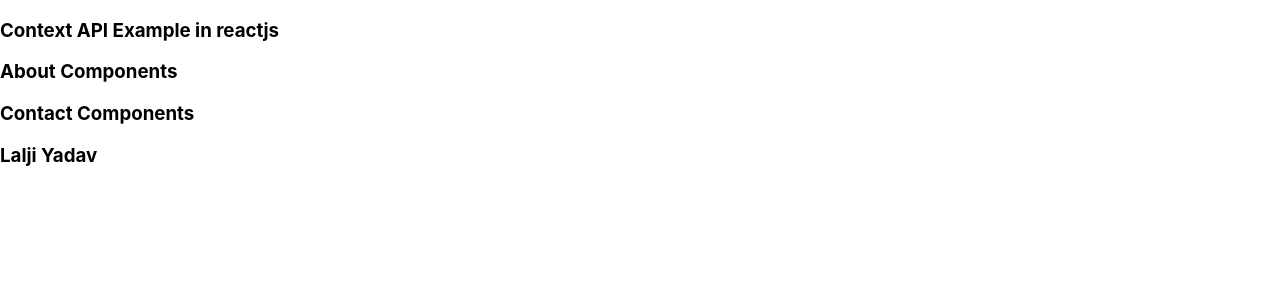
Repository: lalji-yadav/React-Context-API
Page: /
These files come from the project's save history. The page is drawn as it stood at one moment and after the next save; the edit follows.
The browser window is 1280 px wide. The pictures show the whole page.
The project was rebuilt for these pictures with package versions that can differ from the ones it lists, and the page was loaded fresh each time. Also part of the build but not shown: src/App.css, src/components/C.js, src/components/A.js, src/components/D.js, src/components/B.js.

Above is the page before, as saved 2021-02-10 17:53:49.

### src/App.js
import  React,{ useState } from 'react';
import './App.css';
import A from "./components/A";
import B from "./components/B";
import Home from "./context/home";


export const ThemeContext = React.createContext()

function App() {

  const [data, setData] = useState({
    name: "Lalji Yadav"
  })

  return (
    <div>
      <h3> Context API Example in reactjs  </h3>
      {/* <p> {data.name} </p>
      <p onClick={()=>setData({name: "Anubhav"})} >{data.name}</p>

      <A name="Yadav"/>

      <ThemeContext.Provider value="dark">
        <B />
      </ThemeContext.Provider> */}

      <ThemeContext.Provider value={data.name}>
        <Home />
      </ThemeContext.Provider>



    </div>
  );
}

export default App;

### src/context/home.js
import React, { Component } from 'react';
import About from "./about";


 export const MyContext = React.createContext()

class Home extends Component {

    // constructor() {
    //     super();
    //    this.state={
    //         name:"Lalji Yadav Kamasin"
    //       }
    // }
    state={
        name:"Lalji Yadav Kamasin"
      }

    render() {
        return (
            <div>
               <MyContext.Provider name={this.state.name}>
                   <About />
                </MyContext.Provider>

            </div>
        );
    }
}

export default Home;

### src/context/about.js
import React, { Component } from 'react';
import Contact from "./contact";

class About extends Component {
    render() {
        return (
            <div>
                <h3> About Components </h3>
                <Contact />
            </div>
        );
    }
}

export default About;

### src/context/contact.js
import React, { Component } from 'react';
import { ThemeContext } from "../App";

class Contact extends Component {
    render() {
        return (
            <div>
                <h3> Contact Components </h3>
                <ThemeContext.Consumer>
                    {value=><h3>{value}</h3>}
                </ThemeContext.Consumer>
            </div>
        );
    }
}

export default Contact;

Loaded but not shown: public/index.html (common file); src/index.js (common file); src/index.css (common file); src/reportWebVitals.js (common file)

After the next save:
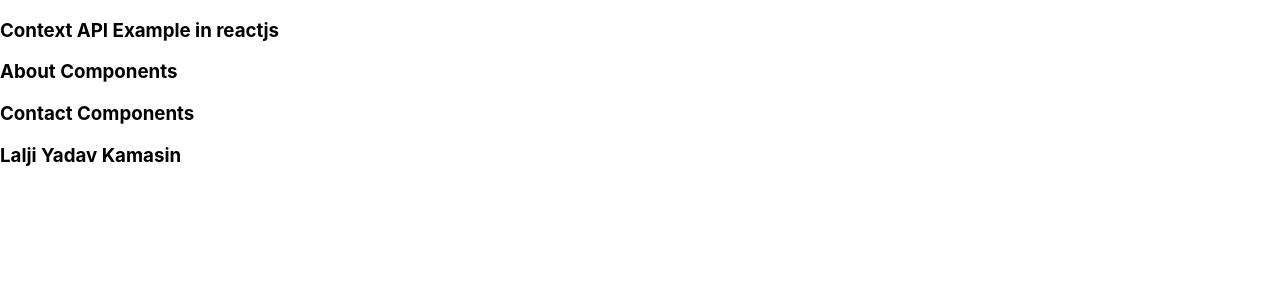
Saved 18 s later.
--- a/src/App.js
+++ b/src/App.js
@@ -10,7 +10,7 @@ export const ThemeContext = React.createContext()
 function App() {
 
   const [data, setData] = useState({
-    name: "Lalji Yadav"
+    name: "Lalji Yadav Kamasin"
   })
 
   return (
